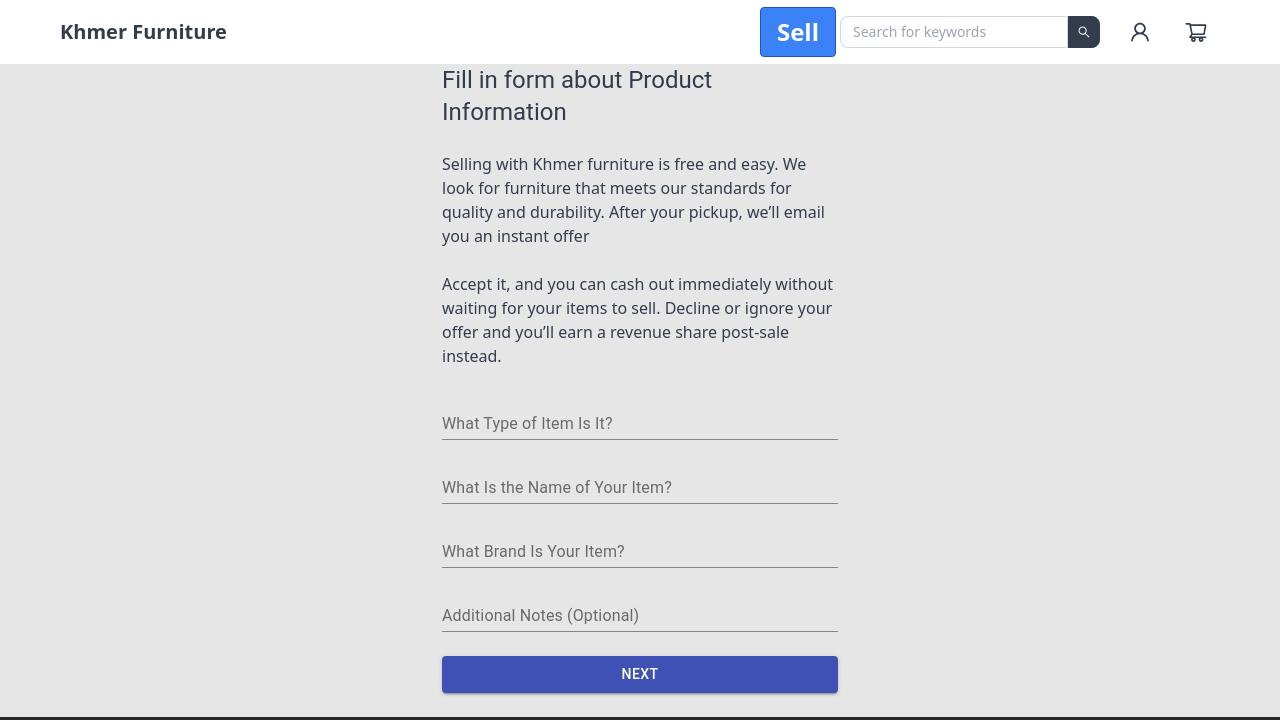
Repository: PlayerNguyen/dotot-shop
Page: /sell (app in client/)
These files come from the project's save history. The page is drawn as it stood at one moment and after the next save; the edit follows.
The browser window is 1280 px wide. The pictures show the whole page.
An inner scrolling area shows only its first screen. The project was rebuilt for these pictures with package versions that can differ from the ones it lists, and the page was loaded fresh each time. Also part of the build but not shown: client/src/components/NoMatch/NoMatch.jsx, client/src/components/Sell/UserDetails.js, client/src/components/Sell/Confirmation.js, client/src/components/Sell/Success.js.

Above is the page before, as saved 2022-12-08 12:39:30.

After the next save:
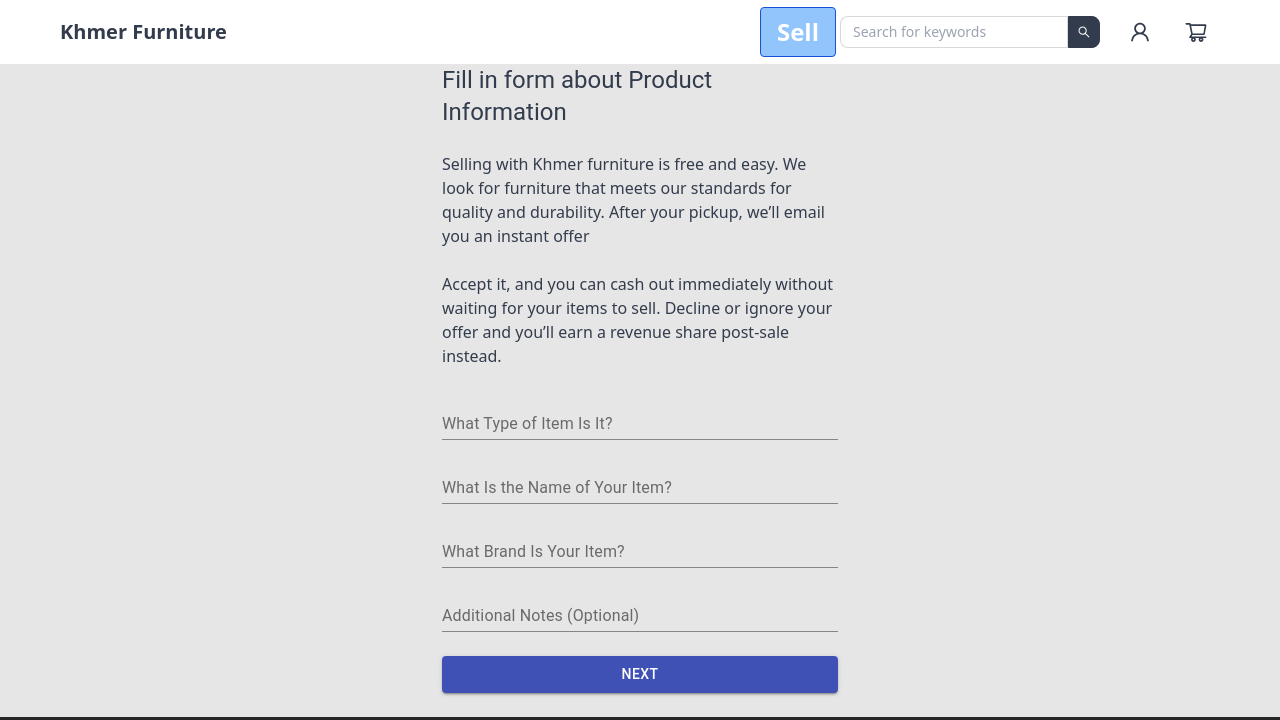
Saved 18 s later.
--- a/client/src/components/Navbar/Navbar.jsx
+++ b/client/src/components/Navbar/Navbar.jsx
@@ -35,7 +35,7 @@ export default function Navbar() {
       {/* Wide screen  */}
       <div className="hidden lg:flex flex-row gap-1 text-2xl">
       <Link to="/sell">
-          <h1 className="bg-blue-500 hover:bg-blue-700 text-white font-bold py-2 px-4 border border-blue-700 rounded">Sell </h1>
+          <h1 className="bg-blue-300 hover:bg-blue-500 text-white font-bold py-2 px-4 border border-blue-700 rounded">Sell </h1>
           <span></span>
         </Link>
         {/* Search group */}
